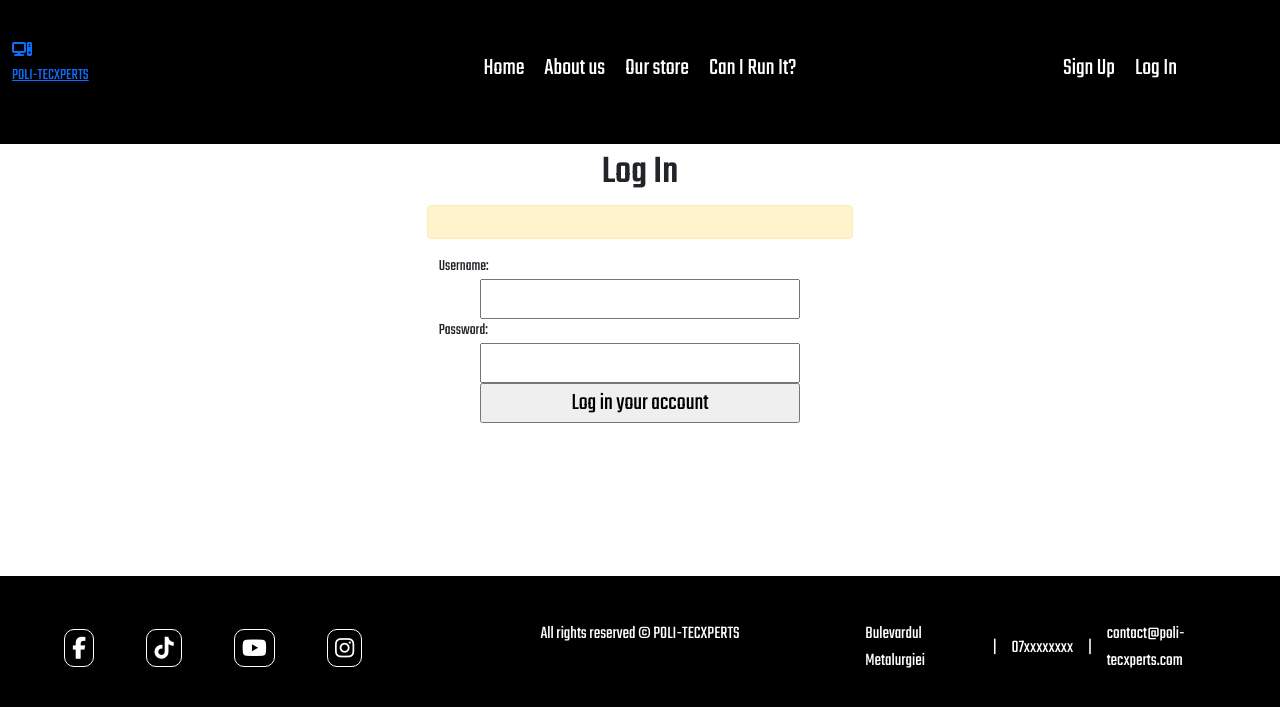
Repository: cristibtz/POLI_TECXPERTS
Page: login/login.html
An editor plug-in stored every save of this project. The page is shown before and after the next save, followed by the edit.
The browser window is 1280 px wide. The pictures show the whole page.

Above is the page before, as saved 2024-04-27 17:26:18.

After the next save:
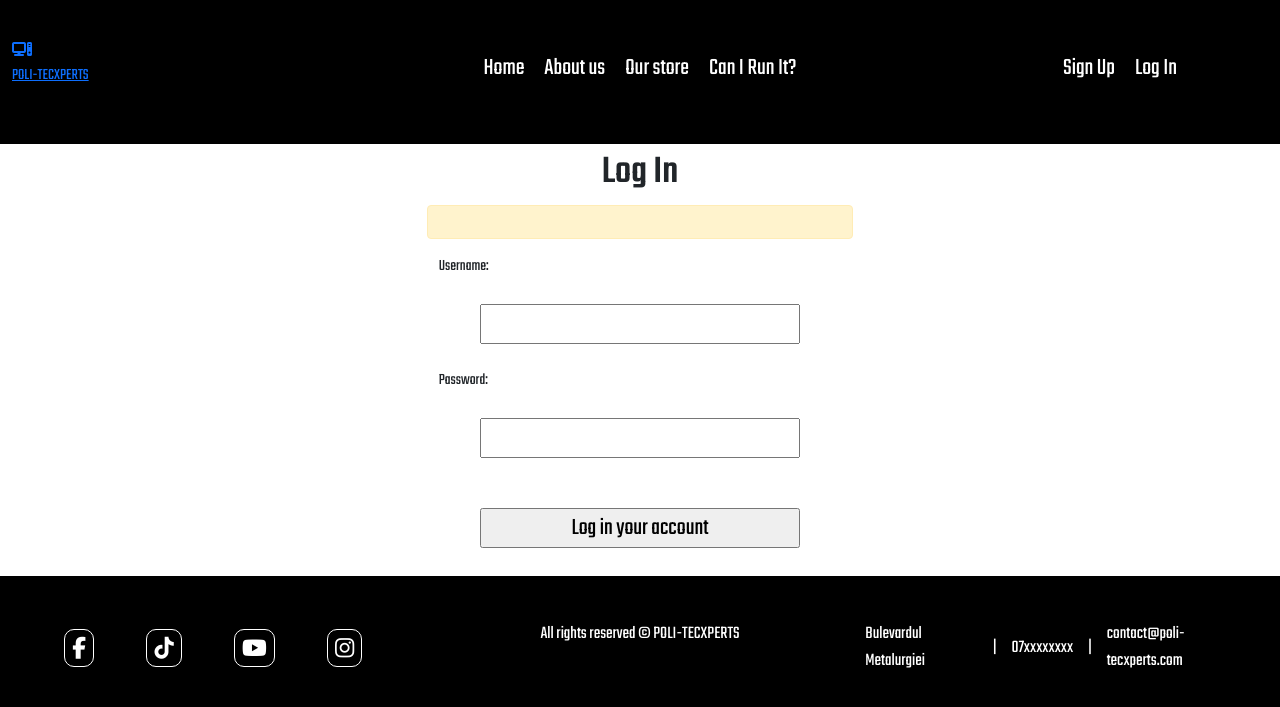
Saved 65 s later.
--- a/css/forms.css
+++ b/css/forms.css
@@ -1,6 +1,7 @@
 form .row input {
-    margin: 0 auto;
+    margin: 25px auto;
     width: 25vw;
     text-align: center;
     font-size: 24px;
+
 }
